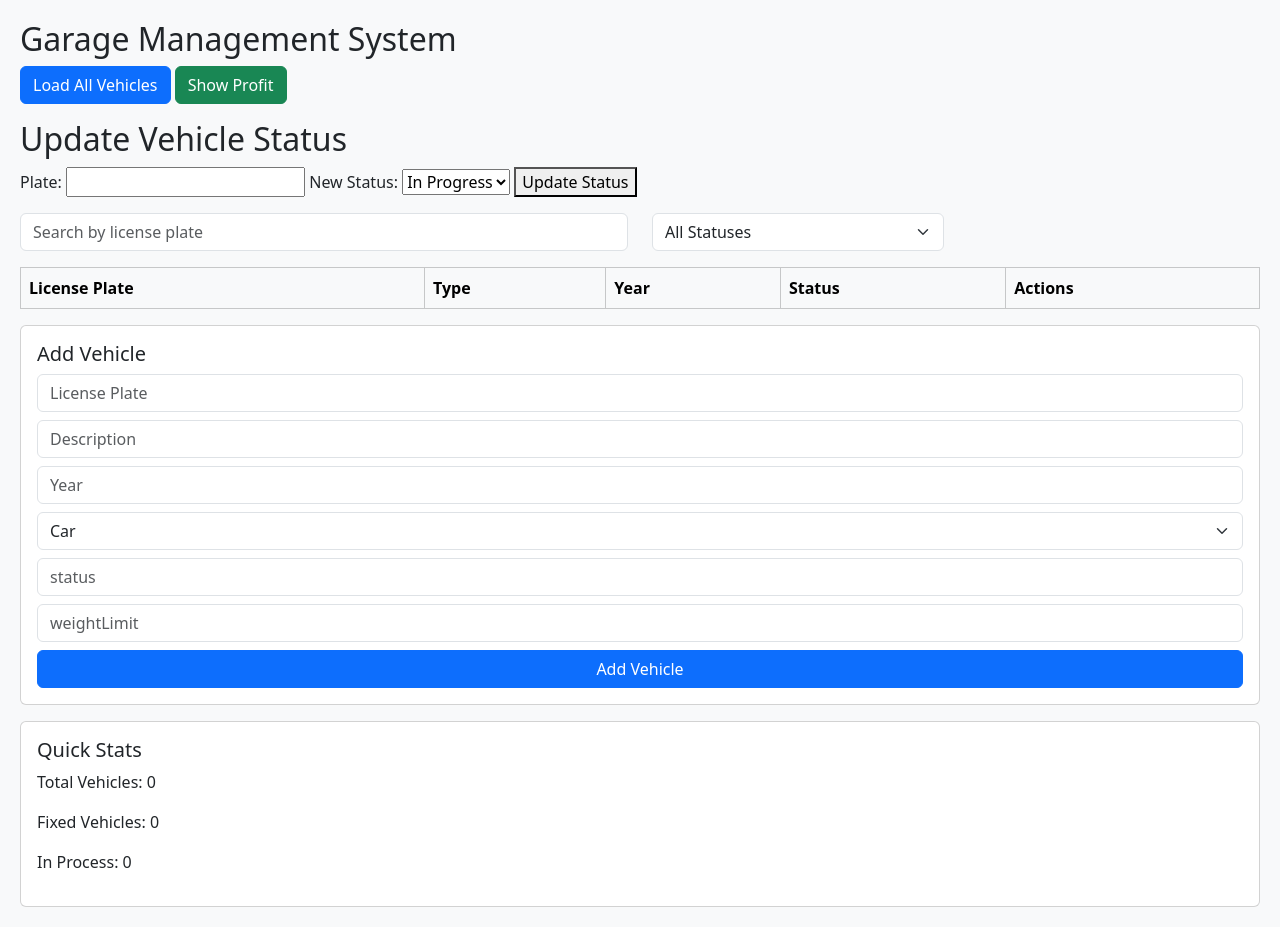
Repository: pravinpkadam444/garage-app
Page: garage-app/src/main/resources/static/index.html
The author's editor kept a copy of each file at every save. The page is drawn from the files as they stood at one save, then again after the next save.
The browser window is 1280 px wide. The pictures show the whole page.
The page's requests for data from a server got no answer.

Above is the page before, as saved 2025-12-07 11:38:51.

After the next save:
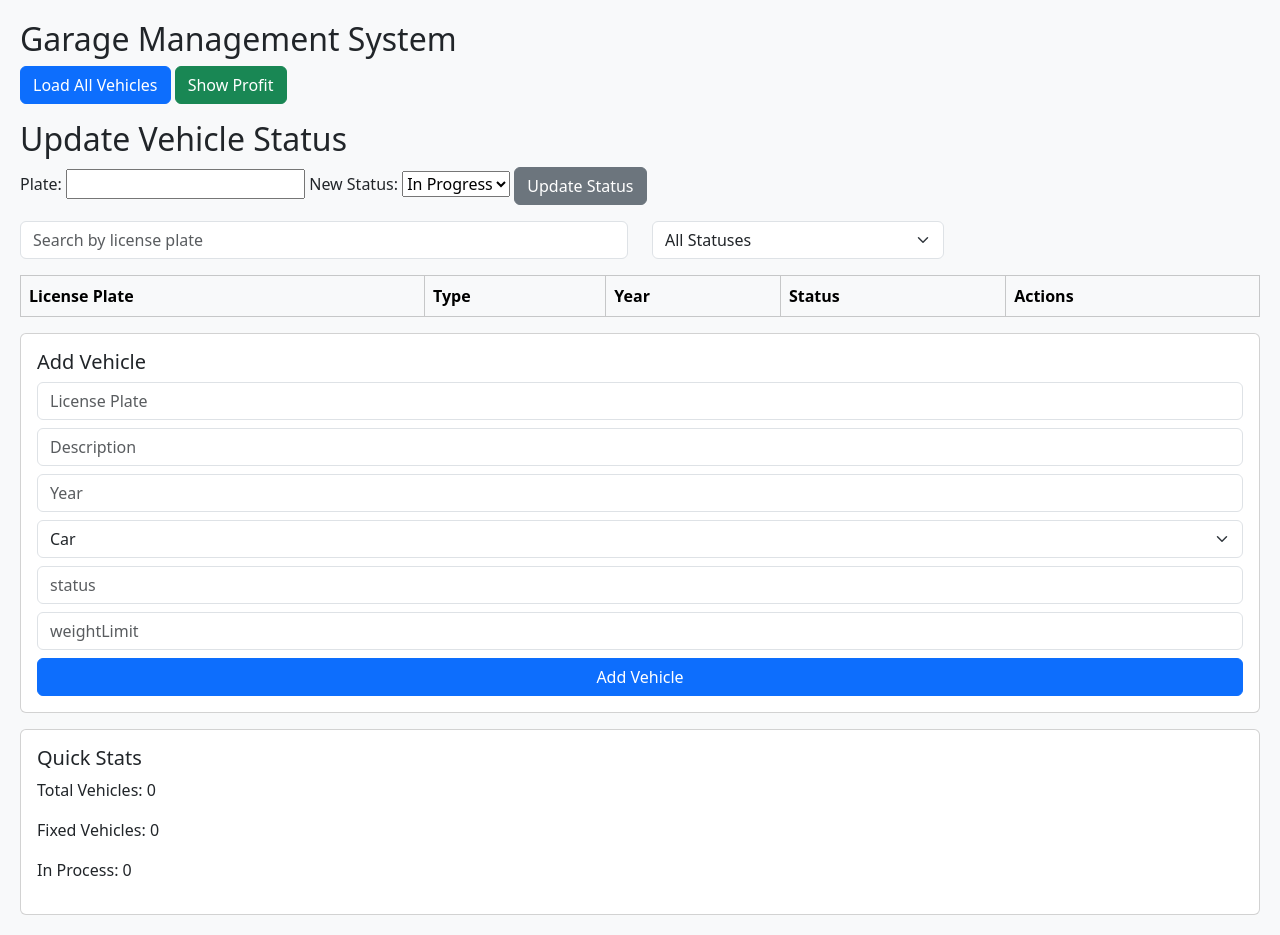
Saved 24 s later.
--- a/garage-app/src/main/resources/static/index.html
+++ b/garage-app/src/main/resources/static/index.html
@@ -32,7 +32,7 @@
             <option value="Released">Released</option>
         </select>
 
-	    <button class="btn-secondary" onclick="updateStatus()">Update Status</button>
+	    <button class="btn btn-secondary" onclick="updateStatus()">Update Status</button>
 	    <pre id="updResult"></pre>
 	</div>
 <!-- Search/filter -->
